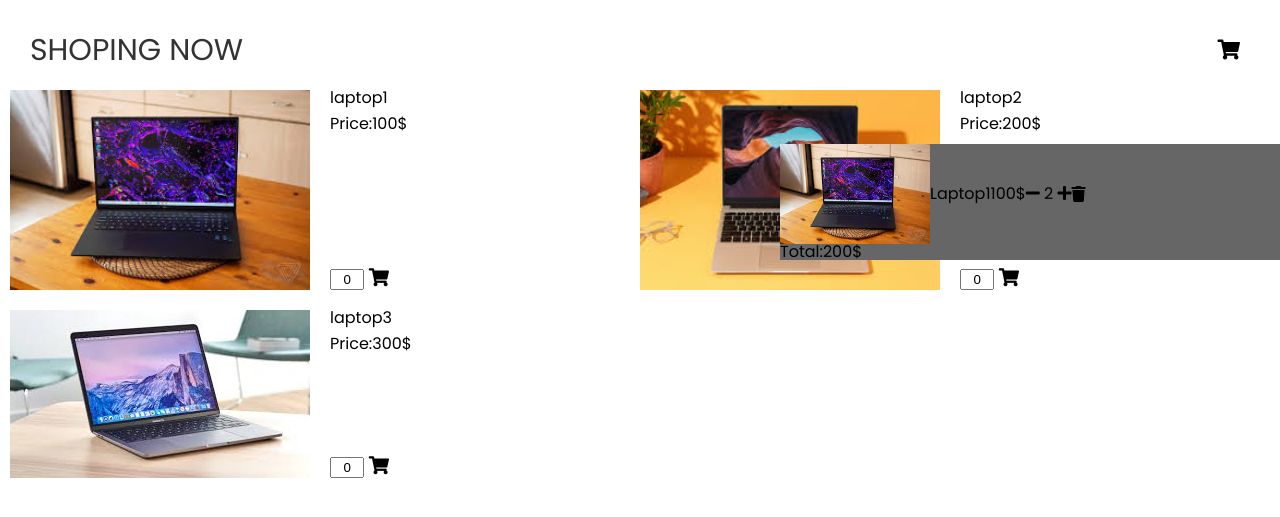
Repository: nttthao9/shopingcart
Page: index.html
The author's editor kept a copy of each file at every save. The page is drawn from the files as they stood at one save, then again after the next save.
The browser window is 1280 px wide. The pictures show the whole page.
Some web libraries are served in a nearby version.

Above is the page before, as saved 2021-10-04 14:58:24.

### index.html
<!DOCTYPE html>
<html lang="en">

<head>
  <meta charset="UTF-8">
  <meta http-equiv="X-UA-Compatible" content="IE=edge">
  <meta name="viewport" content="width=device-width, initial-scale=1.0">
  <title>Shoping Cart</title>
  <link rel="preconnect" href="https://fonts.googleapis.com">
  <link rel="preconnect" href="https://fonts.gstatic.com" crossorigin>
  <link href="https://fonts.googleapis.com/css2?family=Poppins:wght@300;400;500;600&display=swap" rel="stylesheet">
  <link rel="stylesheet" href="https://cdnjs.cloudflare.com/ajax/libs/font-awesome/5.1.0-11/css/all.css"
    integrity="sha512-xO/VZFNBvip9IT+BD6Nq/pHdBvKeFcwygKqARlegjQ+5A68KsMSYrPbGP1oYow5ec9Tqq8peJXcn5J1bD4O00w=="
    crossorigin="anonymous" referrerpolicy="no-referrer" />
  <link rel="stylesheet" href="./styles/reset.css">
  <link rel="stylesheet" href="./styles/style.css">
</head>

<body>
  <div class="shoping">
    <div class="shoping-bar">
      <h2 class="shoping-title">Shoping now</h2>
      <div class="shoping-cart">
        <i class="fas fa-shopping-cart"></i>
      </div>
    </div>
    <div class="product-list">
      <!-- <div class="product-item">
        <img src="./images/laptop1.jpg" alt="" class="product-image">
        <div class="product-desc">
          <span class="product-name">Laptop1</span>
          <span>Price:<span class="product-price">100$</span></span>
          <div class="product-buy">
            <input type="number" name="" id="" class="product-count" value="0" min="0">
            <i class="fas fa-shopping-cart cart-icon"></i>
          </div>
        </div>
      </div> -->
    </div>
    <div class="cart">
      <div class="cart-item">
        <img src="./images/laptop1.jpg" alt="" class="cart-image">
        <span>Laptop1</span>
        <span>100$</span>
        <div class="itemchange">
          <i class="fas fa-minus"></i>
          <span class="count">2</span>
          <i class="fas fa-plus"></i>
        </div>
        <i class="fa fa-trash"></i>
      </div>
      <div class="total"><span>Total:</span><span>200$</span></div>
    </div>
  </div>
  <script src="./main.js"></script>
</body>

</html>

### styles/style.css
* {
  box-sizing: border-box;
}
html {
  font-size: 62.5%;
}
image {
  display: block;
  max-width: 100%;
}
input::-webkit-outer-spin-button,
input::-webkit-inner-spin-button {
  -webkit-appearance: none;
  margin: 0;
}
input[type='number'] {
  -moz-appearance: textfield;
}
body {
  font-family: 'Poppins', sans-serif;
  line-height: 1;
  font-size: 1.6rem;
}
.shoping {
  padding: 1rem;
}
.shoping-bar {
  display: flex;
  align-items: center;
  justify-content: space-between;
  padding: 2rem;
}
.shoping-title {
  font-size: 3rem;
  color: #333;
  text-transform: uppercase;
}
.shoping-cart {
  font-size: 2rem;
  padding: 1rem;
  cursor: pointer;
}
.product-list {
  display: flex;
  justify-content: space-between;
  flex-wrap: wrap;
}
.product-item {
  width: 50%;
  display: flex;
  margin-bottom: 2rem;
}
.product-name {
  display: block;
  margin-bottom: 1rem;
}
.product-price {
  display: inline-block;
  margin-bottom: 1rem;
}
.product-desc {
  margin-left: 2rem;
  display: flex;
  flex-direction: column;
}
.product-count {
  width: 15%;
  text-align: center;
}
.product-buy {
  margin-top: auto;
}
.cart-icon {
  display: inline-block;
  font-size: 1.8rem;
  cursor: pointer;
  margin-right: 2rem;
}
.product-image {
  width: 30rem;
  overflow: hidden;
  -o-object-fit: cover;
  object-fit: cover;
}
.cart {
  position: fixed;
  top: 20%;
  right: 0;
  width: 50rem;
  background-color: #666;
}
.cart-image {
  width: 15rem;
}
span {
  display: inline-block;
}
.cart-item {
  display: flex;
  align-items: center;
  margin-right: 2rem;
}

### main.js
const listItem = [
  {
    id: 1,
    name: 'laptop1',
    image: './images/laptop1.jpg',
    price: 100,
  },
  {
    id: 2,
    name: 'laptop2',
    image: './images/laptop2.jpg',
    price: 200,
  },
  {
    id: 3,
    name: 'laptop3',
    image: './images/laptop3.jpg',
    price: 300,
  },
];

const nameProduct = listItem.map((item) => Object.values(item));
console.log(nameProduct);
window.addEventListener('load', function () {
  const productList = document.querySelector('.product-list');
  const productId = listItem.map((item) => item.id);
  console.log(productId);
  const productName = listItem.map((item) => item.name);
  console.log(productName);
  const productPrice = listItem.map((item) => item.price);
  console.log(productPrice);
  function createProductItem(name, productName, productPrice) {
    const template = `<div class="product-item">
    <img src="./images/${name}.jpg" alt="" class="product-image">
    <div class="product-desc">
      <span class="product-name">${productName}</span>
      <span>Price:<span class="product-price">${productPrice}$</span></span>
      <div class="product-buy">
        <input type="number" name="" id="" class="product-count" value="0" min="0">
        <i class="fas fa-shopping-cart cart-icon"></i>
      </div>
    </div>
    </div>`;
    productList.insertAdjacentHTML('beforeend', template);
  }
  for (let i = 0; i < listItem.length; i++) {
    createProductItem(productName[i], productName[i], productPrice[i]);
  }
});

Loaded but not shown: styles/reset.css (common file)

After the next save:
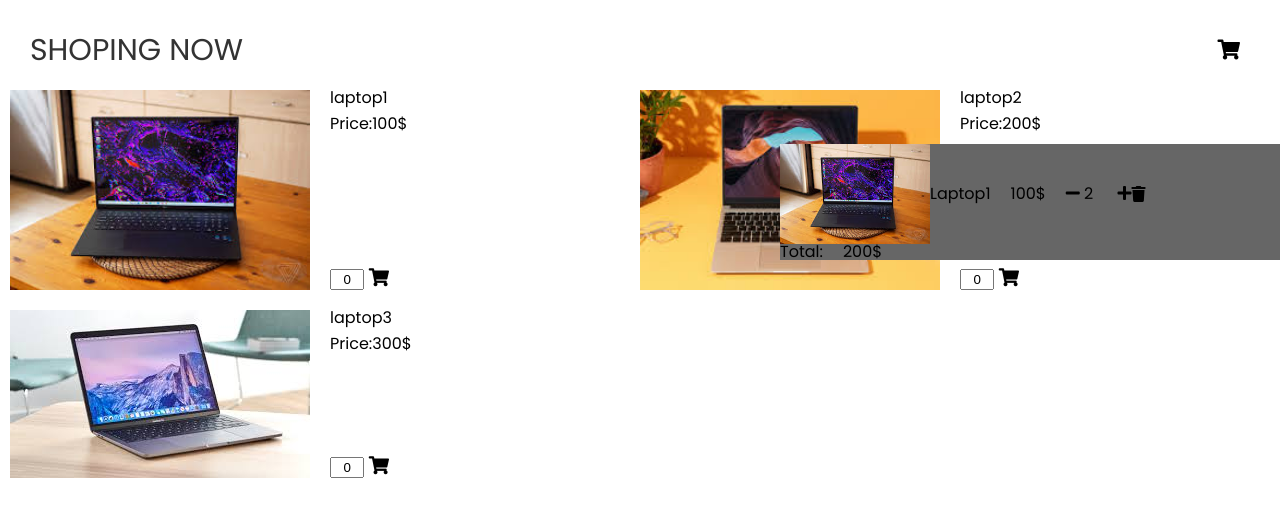
Saved 32 s later.
--- a/styles/style.css
+++ b/styles/style.css
@@ -94,9 +94,9 @@ body {
 }
 span {
   display: inline-block;
+  margin-right: 2rem;
 }
 .cart-item {
   display: flex;
   align-items: center;
-  margin-right: 2rem;
 }
